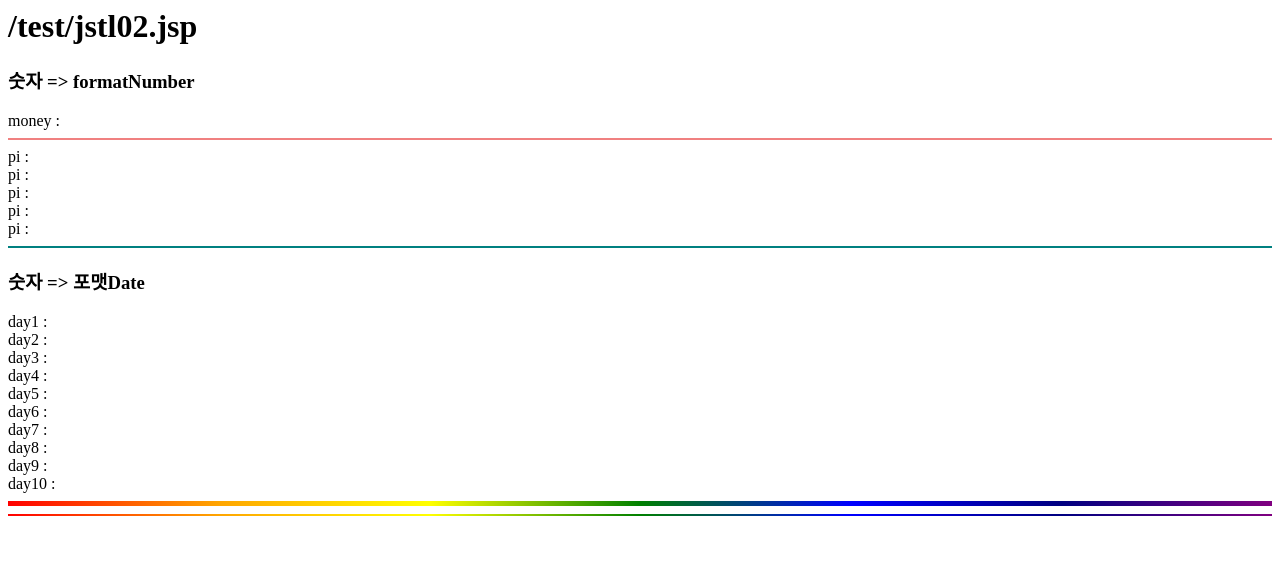
Repository: khsik/Woori-Computer-Academy
Page: http://localhost/mvc/WEB-INF/views/test/jstl02.jsp
An editor plug-in stored every save of this project. The page is shown before and after the next save, followed by the edit.
The browser window is 1280 px wide. The pictures show the whole page.
The page is served by Tomcat 9. Nobody is signed in. The template is opened directly, without the code that normally fills it, so the values that code supplies are empty.

Above is the page before, as saved 2024-05-13 08:12:58.

After the next save:
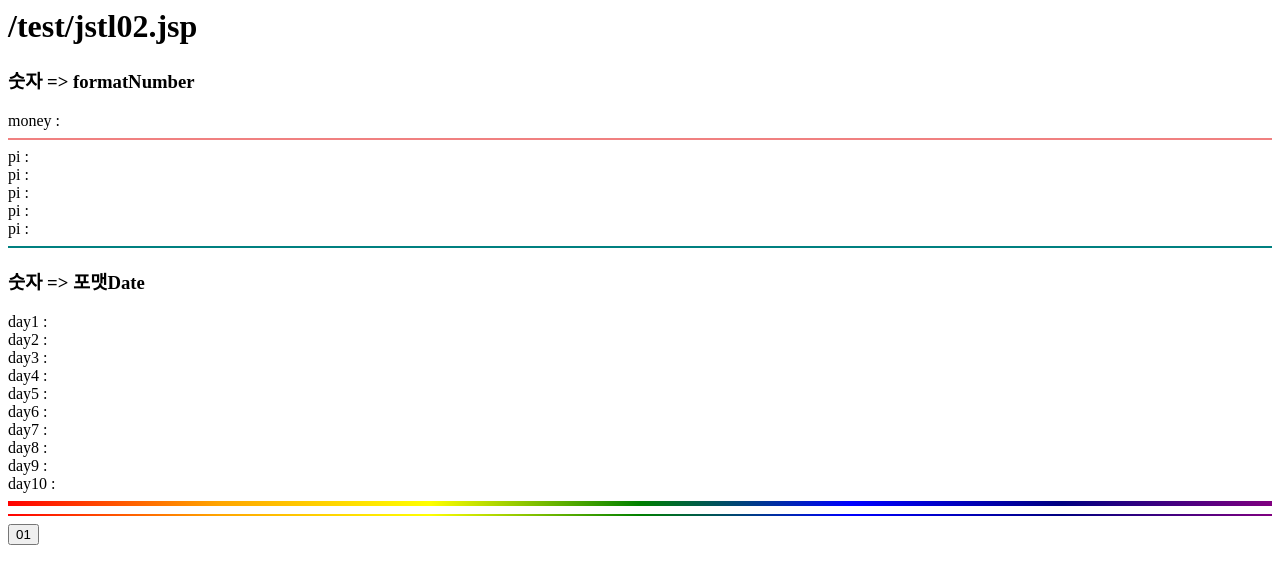
Console error (its wording comes from the project's code and is left out).
Saved 24 min 10 s later.
--- a/mvc/src/main/webapp/WEB-INF/views/test/jstl02.jsp
+++ b/mvc/src/main/webapp/WEB-INF/views/test/jstl02.jsp
@@ -33,3 +33,4 @@ day10 : <fmt:formatDate value="${day }" type="date" dateStyle="default" /> <br>
 
 <hr size="7px" style="border:0; background: linear-gradient(0.25turn, red, orange, yellow, green, blue, navy, purple);">
 <hr size="4px" style="border:0; background: linear-gradient(90deg, red, orange, yellow, green, blue, navy, purple);">
+<button type="button" onclick="window.location="./jstl01.do">01</button>

After the 2 saves that followed:
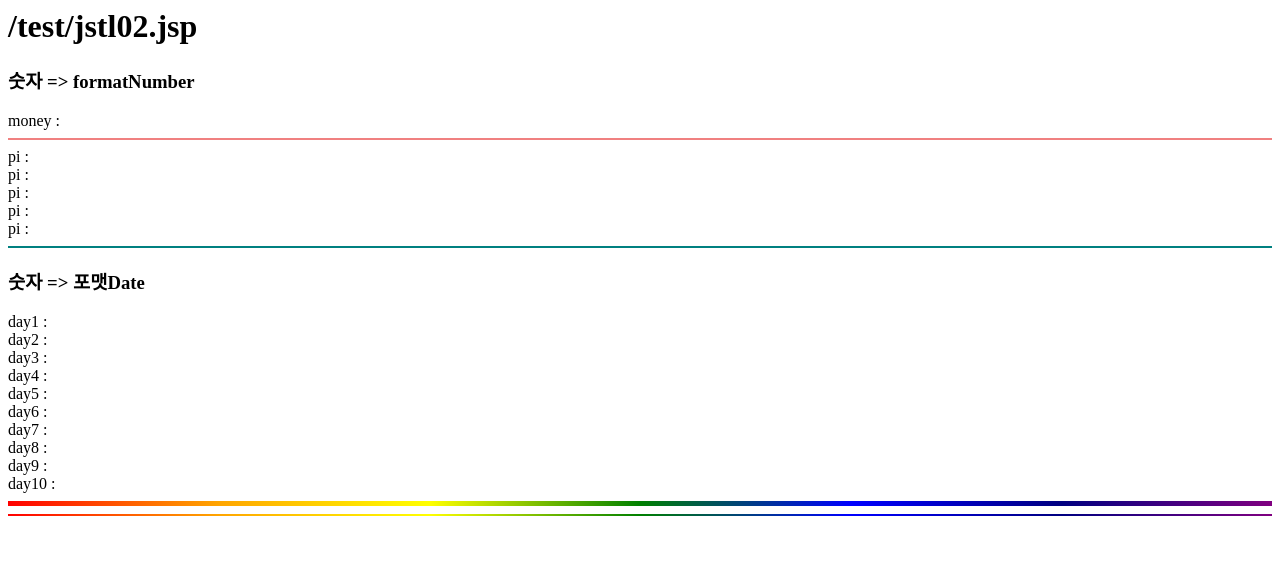
The error is gone.
The 2 saves are shown as one change because 1 left the picture as it was.
The last was saved 19 s later.
--- a/mvc/src/main/webapp/WEB-INF/views/test/jstl02.jsp
+++ b/mvc/src/main/webapp/WEB-INF/views/test/jstl02.jsp
@@ -33,4 +33,3 @@ day10 : <fmt:formatDate value="${day }" type="date" dateStyle="default" /> <br>
 
 <hr size="7px" style="border:0; background: linear-gradient(0.25turn, red, orange, yellow, green, blue, navy, purple);">
 <hr size="4px" style="border:0; background: linear-gradient(90deg, red, orange, yellow, green, blue, navy, purple);">
-<button type="button" onclick="window.location="./jstl01.do">01</button>
